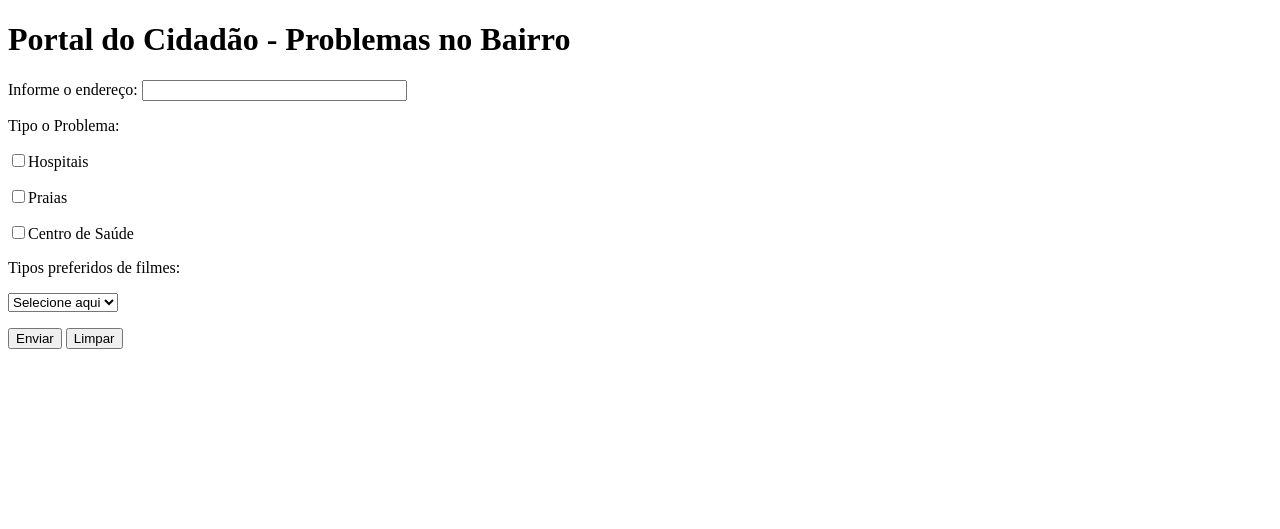
Repository: Marcelinalima/Java_JSP
Page: formulario_ex/src/main/webapp/reclamacoes.html
These files come from the project's save history. The page is drawn as it stood at one moment and after the next save; the edit follows.
The browser window is 1280 px wide. The pictures show the whole page.

Above is the page before, as saved 2023-04-17 14:23:13.

After the next save:
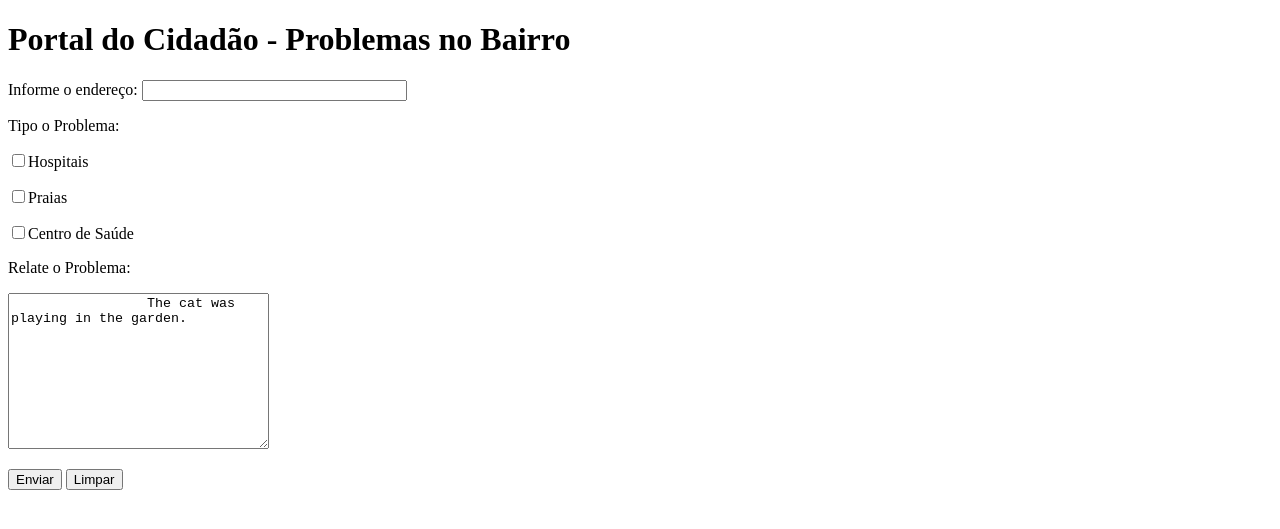
Saved 6 min 4 s later.
--- a/formulario_ex/src/main/webapp/reclamacoes.html
+++ b/formulario_ex/src/main/webapp/reclamacoes.html
@@ -17,13 +17,9 @@
 		<p><input type="checkbox" name="p_prob2" value="praias" />Praias</p>
 		<p><input type="checkbox" name="p_prob3" value="centro de saude" />Centro de Saúde</p>
 
-		<p>Tipos preferidos de filmes:</p>
-		<select name="p_estadoCivil">
-			<option selected="selected" disabled>Selecione aqui</option>
-			<option value="solteiro(a)">Solteiro(a)</option>
-			<option value="casado(a)">Casado(a)</option>
-			<option value="Viuvo(a)">Viuvo(a)</option>
-		</select>
+		<p>Relate o Problema:</p>
+		 <textarea name="message" rows="10" cols="30">
+		 The cat was playing in the garden.</textarea>
 
 		<p>
 			<input type="submit" value="Enviar" />
